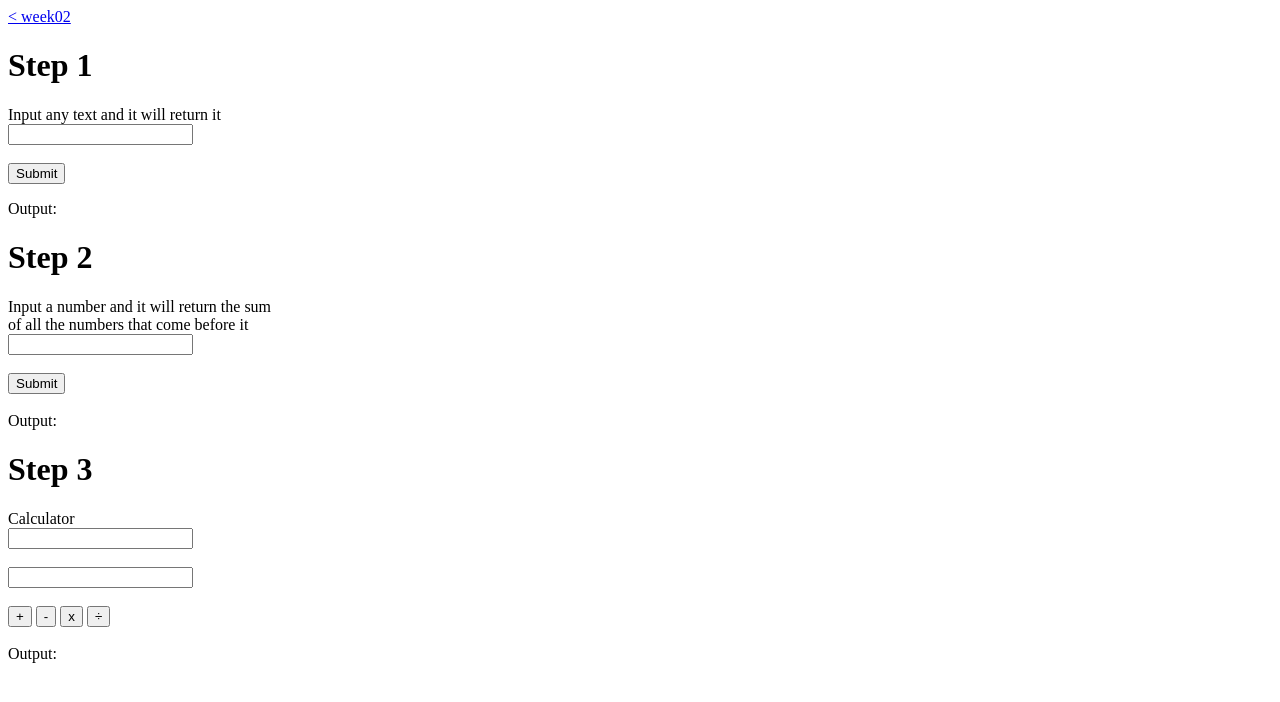
Repository: jknudsen97/WDD-330-Portfolio
Page: week2/teamactivity.html
These files come from the project's save history. The page is drawn as it stood at one moment and after the next save; the edit follows.
The browser window is 1280 px wide. The pictures show the whole page.

Above is the page before, as saved 2021-10-19 17:16:04.

After the next save:
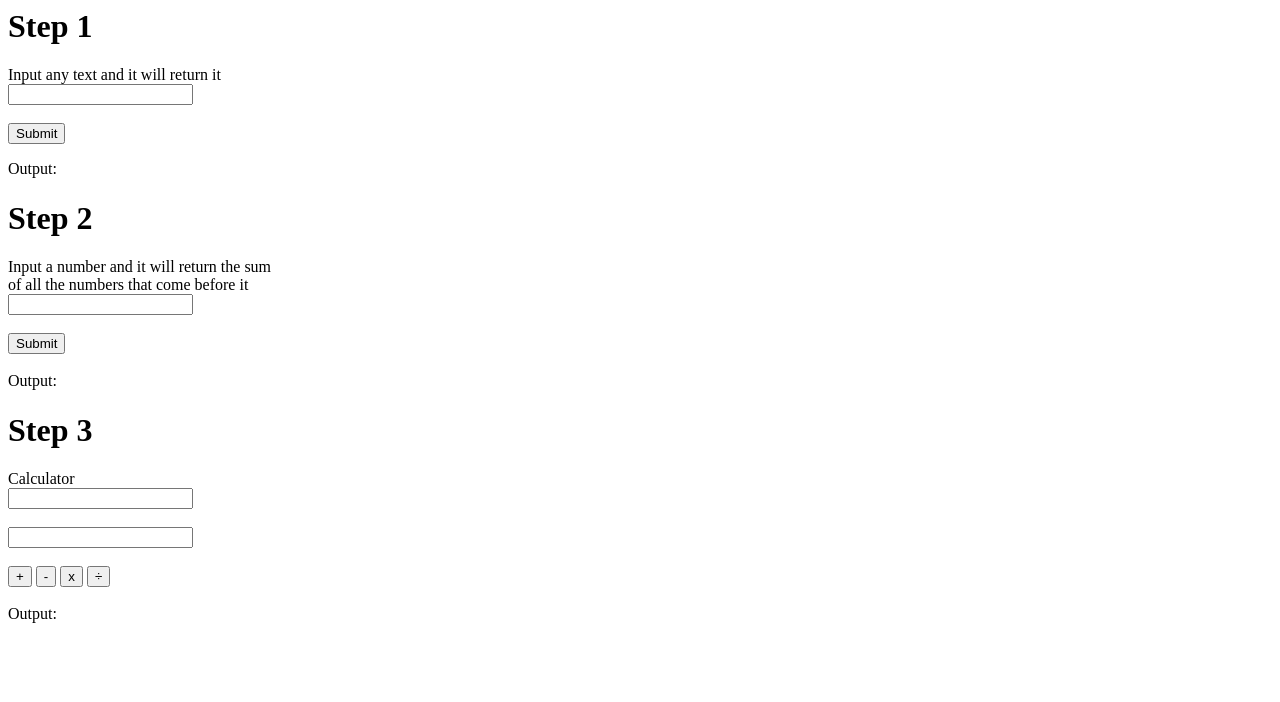
Saved 50 s later.
--- a/week2/teamactivity.html
+++ b/week2/teamactivity.html
@@ -5,7 +5,6 @@
         <title>W02 TeamActivity</title>
     </head>
     <body>
-        <a href="./week02.html">&lt; week02</a>
         <h1>Step 1</h1>
         <form action="submit" title="submit">
             <label>Input any text and it will return it</label><br>
